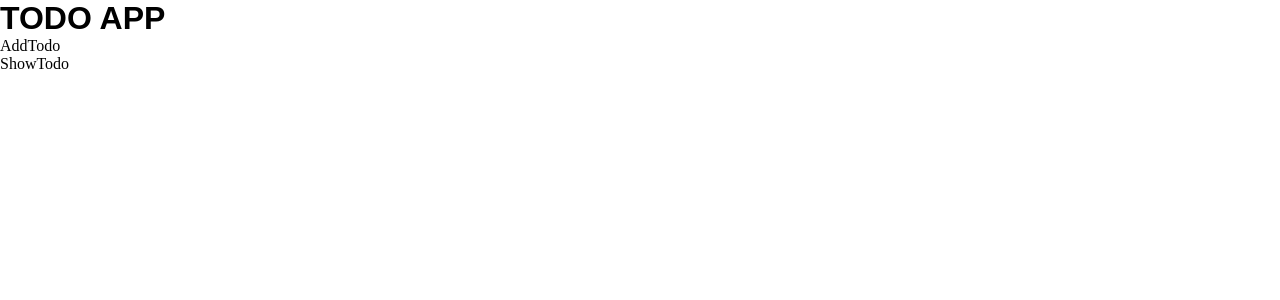
Repository: michalmilek/TodoApp
Page: /
The author's editor kept a copy of each file at every save. The page is drawn from the files as they stood at one save, then again after the next save.
The browser window is 1280 px wide. The pictures show the whole page.
Some web fonts or font styles are not loaded; a fallback is used. The project was rebuilt for these pictures with package versions that can differ from the ones it lists, and the page was loaded fresh each time. Also part of the build but not shown: vite.config.js.

Above is the page before, as saved 2023-02-01 13:13:19.

After the next save:
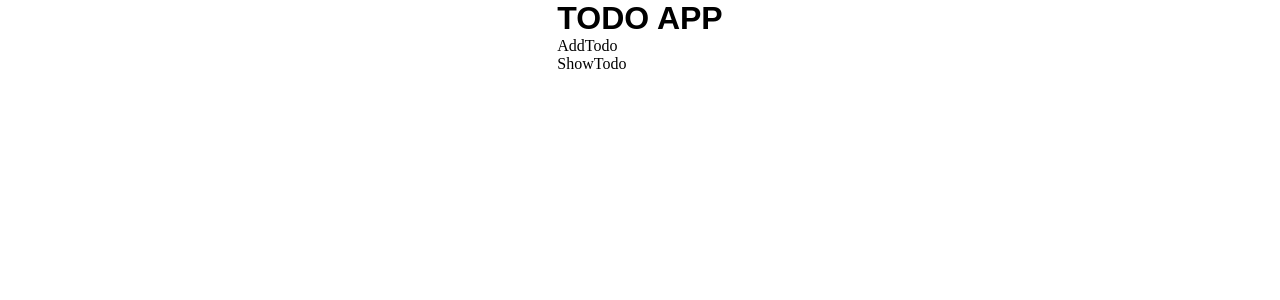
Saved 34 s later.
--- a/src/index.css
+++ b/src/index.css
@@ -6,3 +6,10 @@
   margin: 0;
   padding: 0;
 }
+
+body{
+  display: flex;
+  flex-direction: column;
+  align-items: center;
+  justify-content: center;
+}
